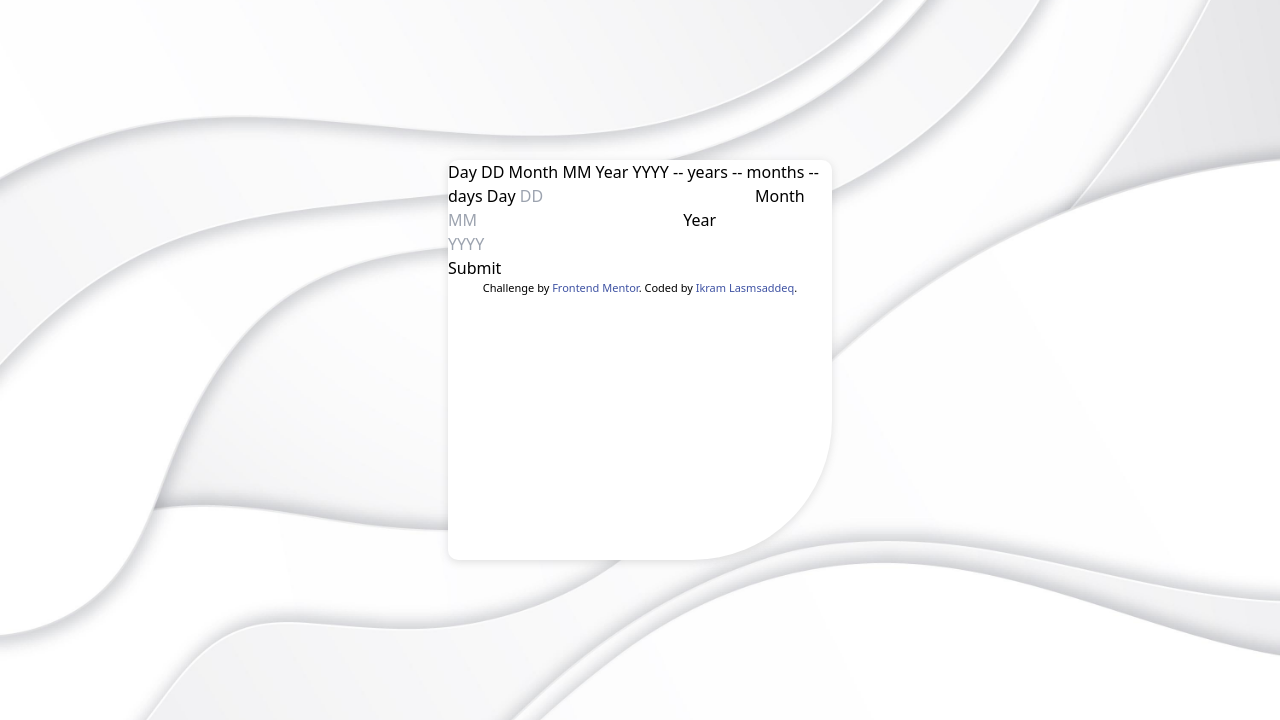
Repository: ikram-lisa/age-display
Page: /
The author's editor kept a copy of each file at every save. The page is drawn from the files as they stood at one save, then again after the next save.
The browser window is 1280 px wide. The pictures show the whole page.
Some web libraries are served in a nearby version. The project was rebuilt for these pictures with package versions that can differ from the ones it lists, and the page was loaded fresh each time.

Above is the page before, as saved 2024-04-30 15:35:50.

After the next save:
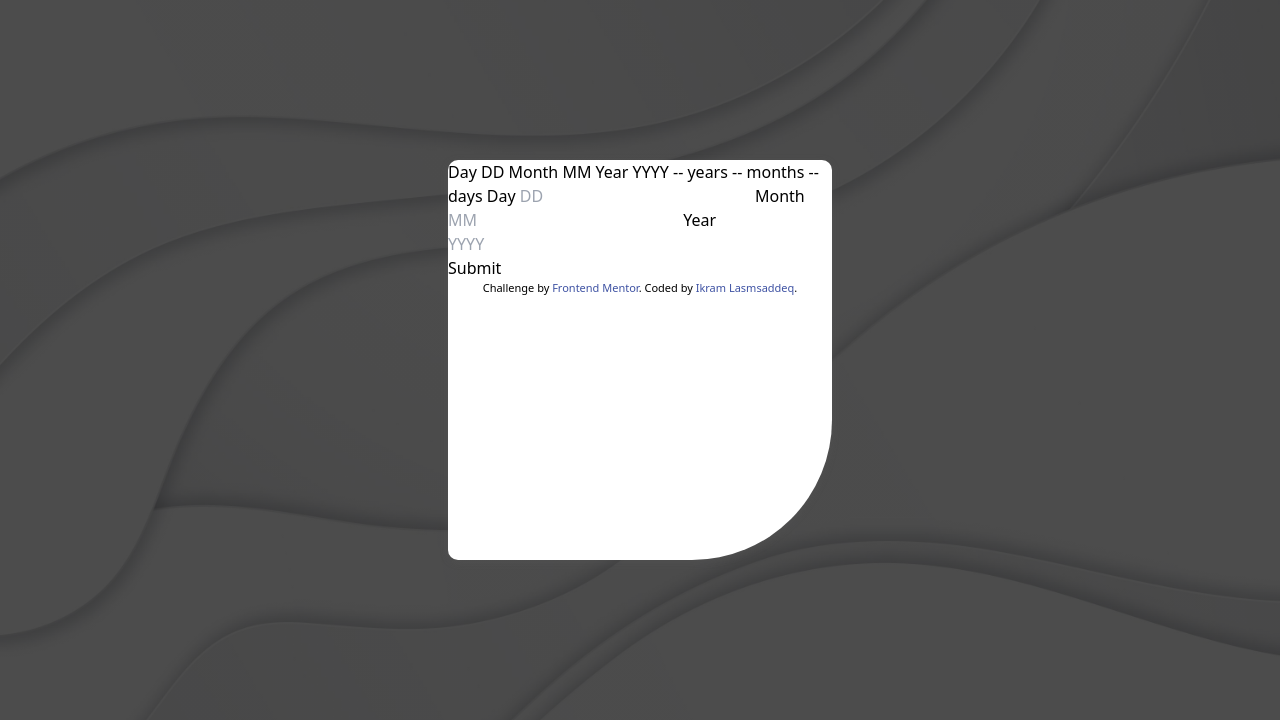
Saved 74 s later.
--- a/css/style.scss
+++ b/css/style.scss
@@ -8,9 +8,9 @@
   box-sizing: border-box;
 }
 body {
-  background: rgba(0, 0, 0, 0.7) url("../images/background.jpg");
   height: 100vh;
-  overflow: hidden;
+  background: linear-gradient(rgba(0, 0, 0, 0.7), rgba(0, 0, 0, 0.7)),
+    url("../images/background.jpg");
   background-size: cover;
   background-position: center;
 }
